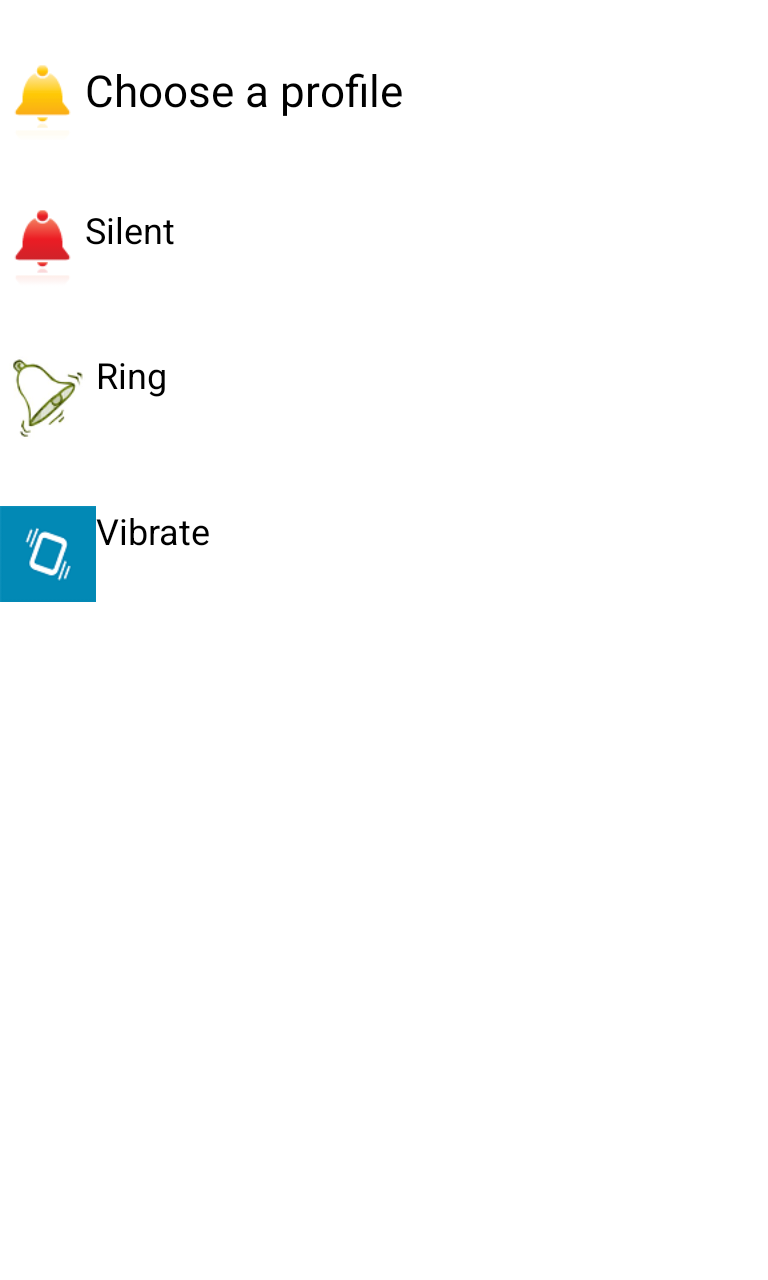
Repository: born2behappy18/meetingMiliue
Layout: MeetingMileu/res/layout/profile.xml
These files come from the project's save history. The layout is drawn as it stood at one moment and after the next save; the edit follows.
It is drawn on a 768 x 1280 px phone screen (xhdpi) without system bars, with theme AppTheme; the app's code is not run.

Above is the layout before, as saved 2015-10-13 11:14:08.

After the next save:
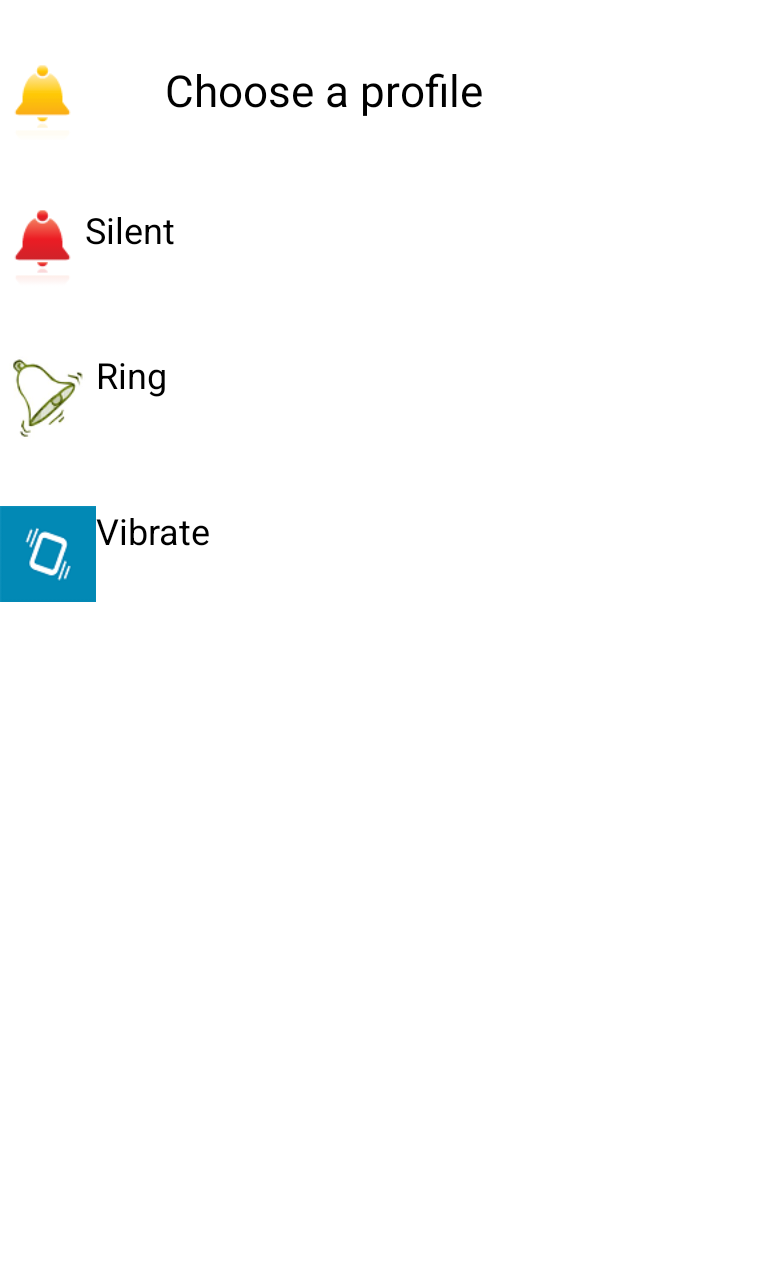
Saved 25 s later.
--- a/MeetingMileu/res/layout/profile.xml
+++ b/MeetingMileu/res/layout/profile.xml
@@ -19,6 +19,7 @@
         android:layout_width="wrap_content"
         android:layout_height="wrap_content"
         android:text="Choose a profile"
+        android:layout_marginLeft="40dp"
         android:textAppearance="?android:attr/textAppearanceLarge" />
 </LinearLayout>
 <LinearLayout
